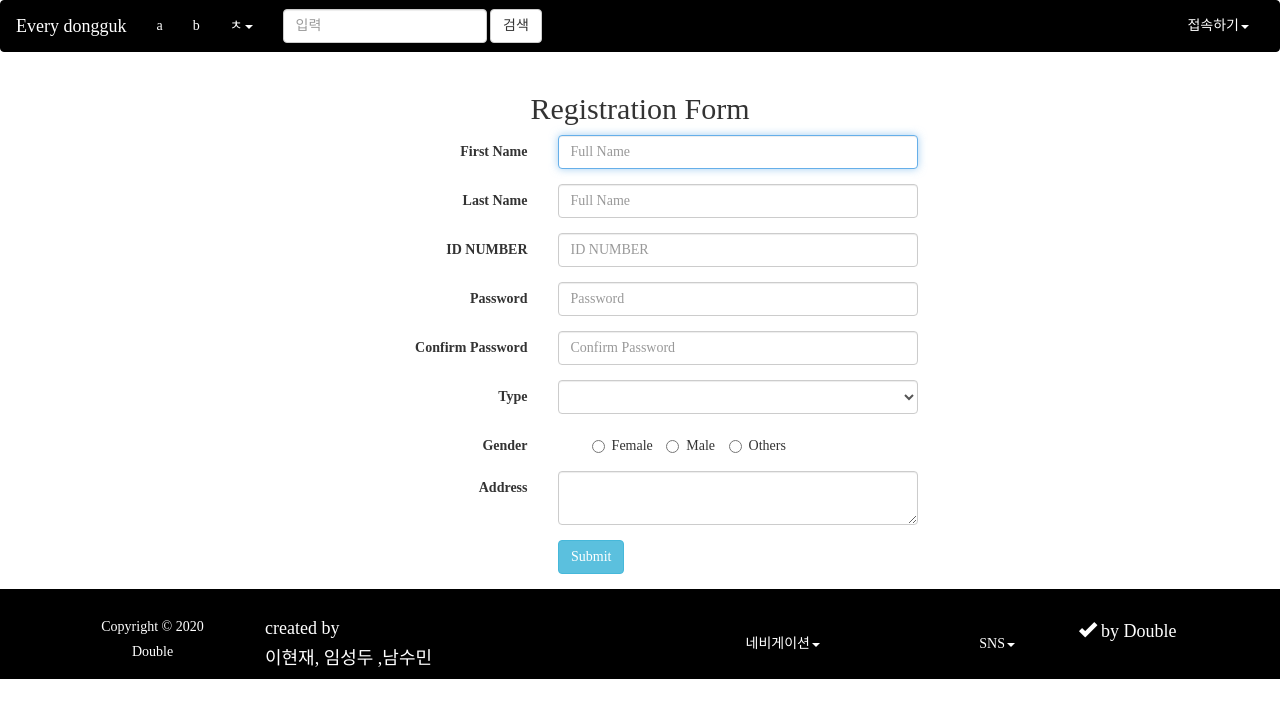
Repository: CSID-DGU/2020-1-ESCD-DOUBLE
Page: http://localhost/web/WEB-INF/views/register/registerForm.jsp
The author's editor kept a copy of each file at every save. The page is drawn from the files as they stood at one save, then again after the next save.
The browser window is 1280 px wide. The pictures show the whole page.
Some web fonts or font styles are not loaded; a fallback is used. Some web libraries are served in a nearby version. The page is served by Tomcat 9. Nobody is signed in. The template is opened directly, without the code that normally fills it, so the values that code supplies are empty.

Above is the page before, as saved 2020-04-29 07:57:30.

After the next save:
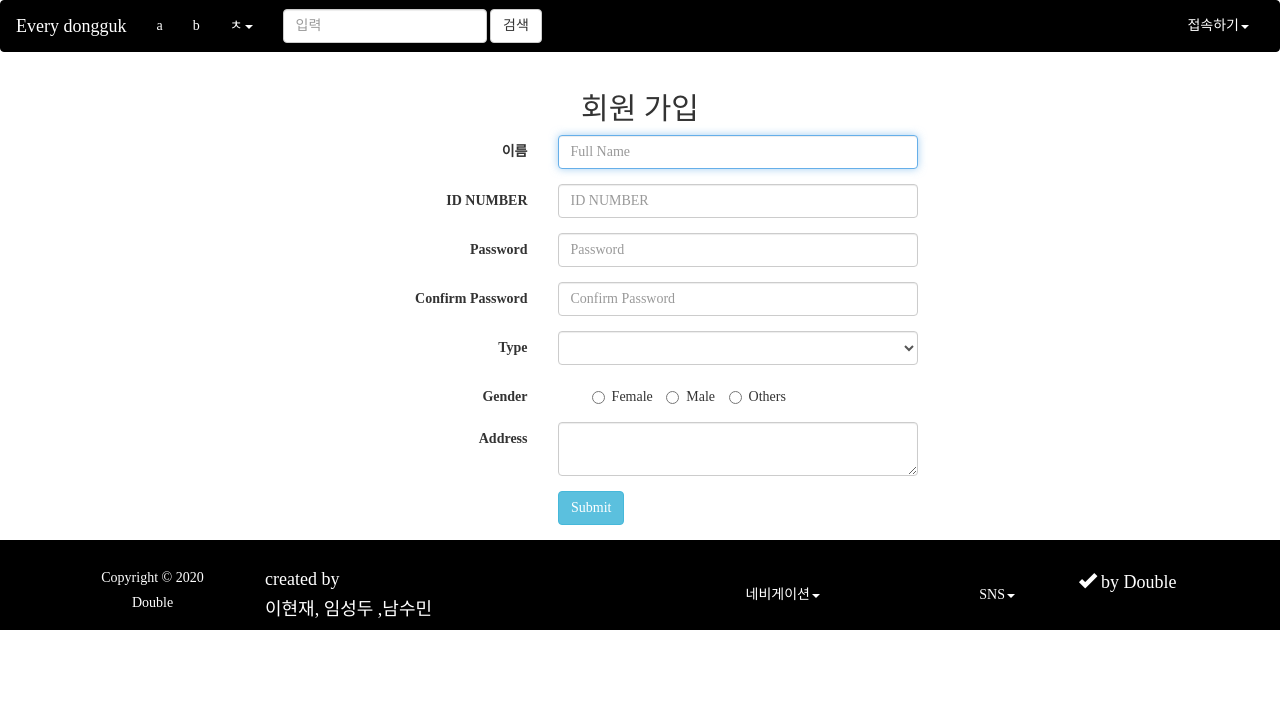
Saved 79 s later.
--- a/web/src/main/webapp/WEB-INF/views/register/registerForm.jsp
+++ b/web/src/main/webapp/WEB-INF/views/register/registerForm.jsp
@@ -27,20 +27,13 @@
 
 <div class="container text-center text-center">
             <form class="form-horizontal" role="form">
-              <center>  <h2>Registration Form</h2>  </center>
+              <center>  <h2>회원 가입</h2>  </center>
 
 
-                <div class="form-group">
-                    <label for="firstName" class="col-sm-5 control-label">First Name</label>
+				<div class="form-group">
+                    <label for="lastName" class="col-sm-5 control-label">이름</label>
                     <div class="col-sm-4">
-                        <input type="text" id="firstName" placeholder="Full Name" class="form-control" autofocus>
-
-                    </div>
-                </div>
-				<div class="form-group">
-                    <label for="lastName" class="col-sm-5 control-label">Last Name</label>
-                    <div class="col-sm-4">
-                        <input type="text" id="firstName" placeholder="Full Name" class="form-control" autofocus>
+                        <input type="text" id="firstName" name="name" placeholder="Full Name" class="form-control" autofocus>
 
                     </div>
                 </div>
